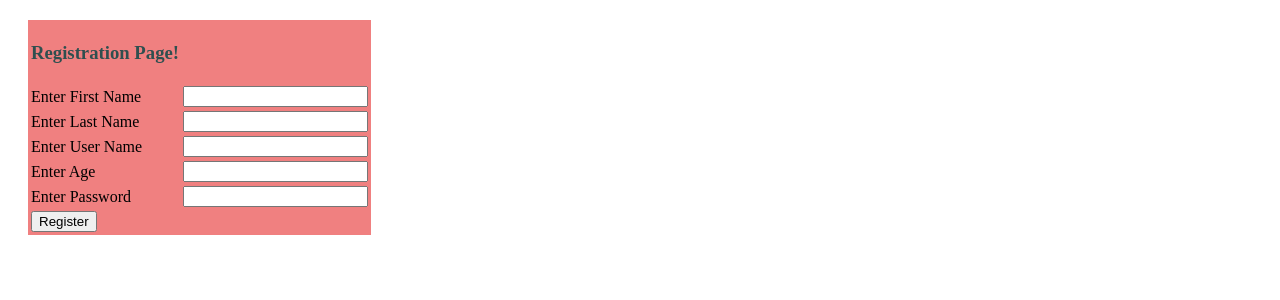
Repository: Pramila0526/LoginRegistrationUsingFilters
Page: http://localhost/LoginAndRegistration/register.jsp
These files come from the project's save history. The page is drawn as it stood at one moment and after the next save; the edit follows.
The browser window is 1280 px wide. The pictures show the whole page.
The page is served by Tomcat 9.

Above is the page before, as saved 2019-12-27 05:00:43.

After the next save:
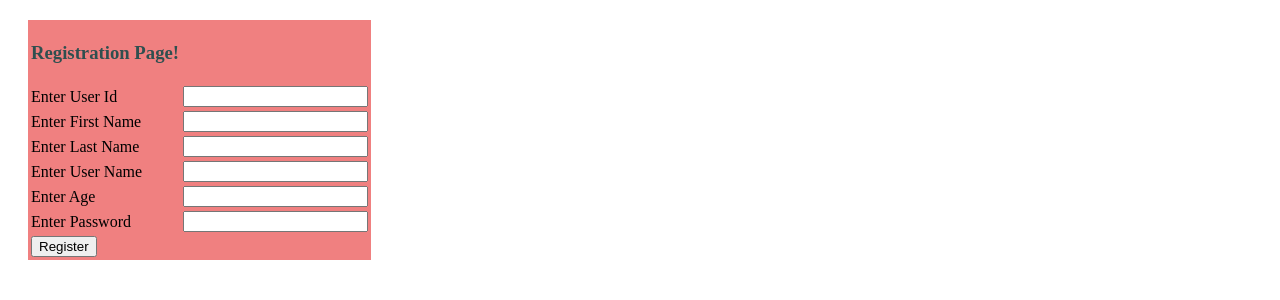
Saved 16 s later.
--- a/LoginAndRegistration/WebContent/register.jsp
+++ b/LoginAndRegistration/WebContent/register.jsp
@@ -12,6 +12,10 @@
 			style="background-color: lightcoral; margin-left: 20px; margin-top: 20px">
 			<tr>
 				<td><h3 style="color: darkslategray;">Registration Page!</h3></td>
+			</tr>
+			<tr>
+				<td>Enter User Id</td>
+				<td><input type="text" name="userId"></td>
 			</tr>
 
 			<tr>
